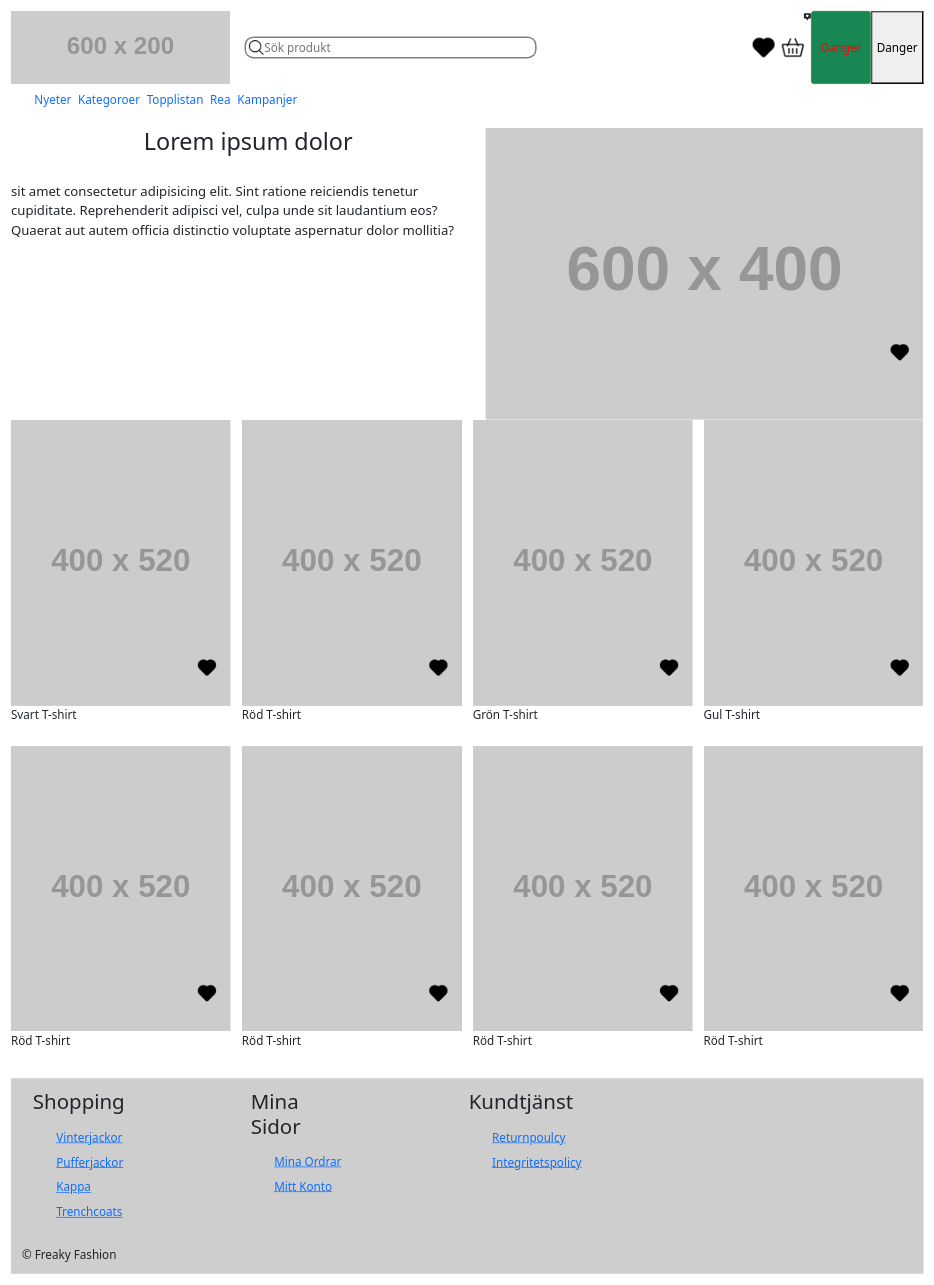
Repository: Kalle1995/project
Page: index.html
These files come from the project's save history. The page is drawn as it stood at one moment and after the next save; the edit follows.
The browser window is 1280 px wide. The pictures show the whole page, at 73% of full size.

Above is the page before, as saved 2024-10-06 19:13:59.

After the next save:
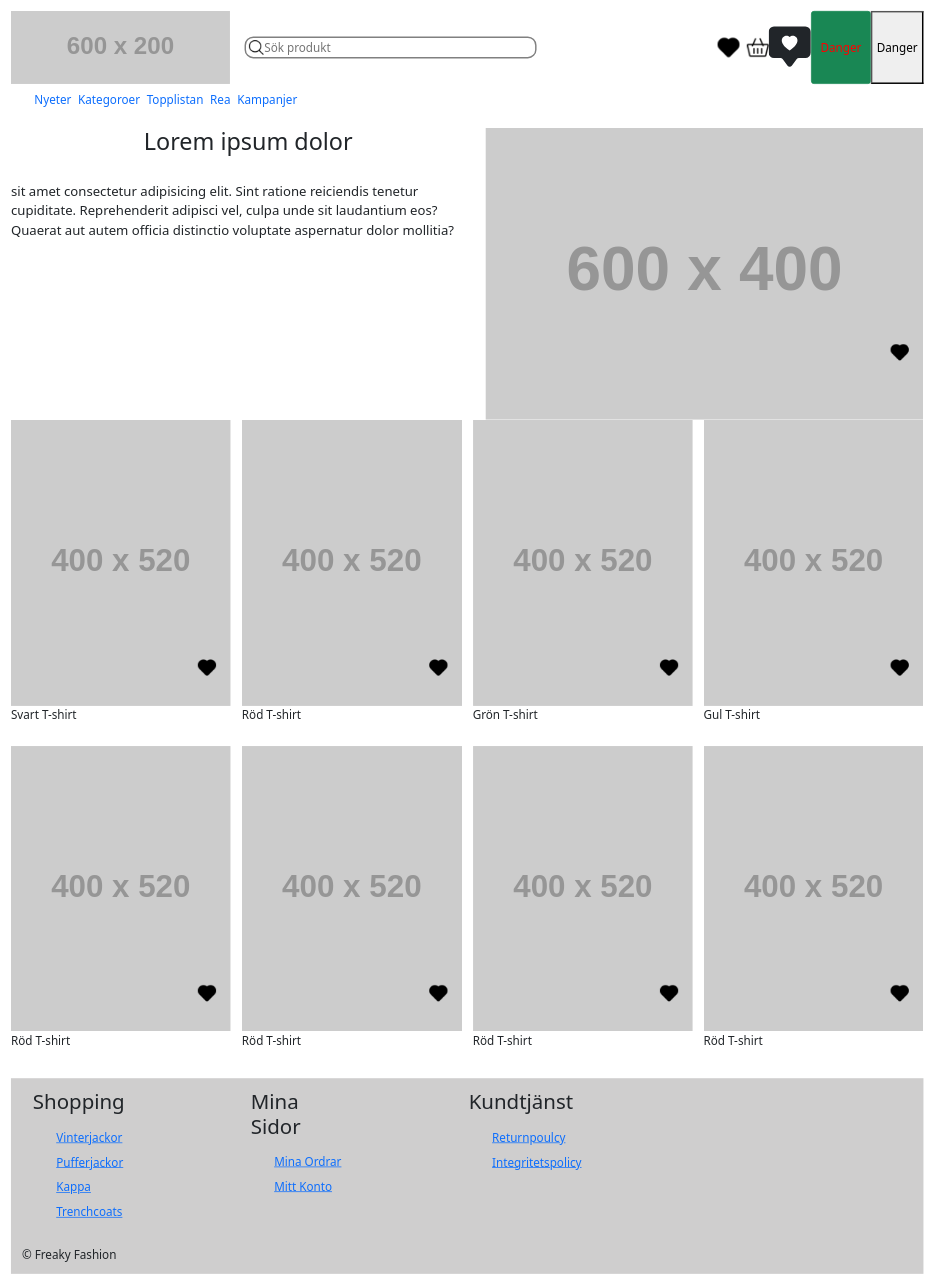
Saved 11 s later.
--- a/index.html
+++ b/index.html
@@ -24,7 +24,7 @@
           </div>
         </div>
 
-        <svg xmlns="http://www.w3.org/2000/svg" width="16" height="16" fill="currentColor" class="bi bi-chat-square-heart-fill" viewBox="0 0 16 16">
+        <svg xmlns="http://www.w3.org/2000/svg" width="100" height="100" fill="currentColor" class="bi bi-chat-square-heart-fill" viewBox="0 0 16 16">
           <path d="M2 0a2 2 0 0 0-2 2v8a2 2 0 0 0 2 2h2.5a1 1 0 0 1 .8.4l1.9 2.533a1 1 0 0 0 1.6 0l1.9-2.533a1 1 0 0 1 .8-.4H14a2 2 0 0 0 2-2V2a2 2 0 0 0-2-2zm6 3.993c1.664-1.711 5.825 1.283 0 5.132-5.825-3.85-1.664-6.843 0-5.132"/>
         </svg>
 
